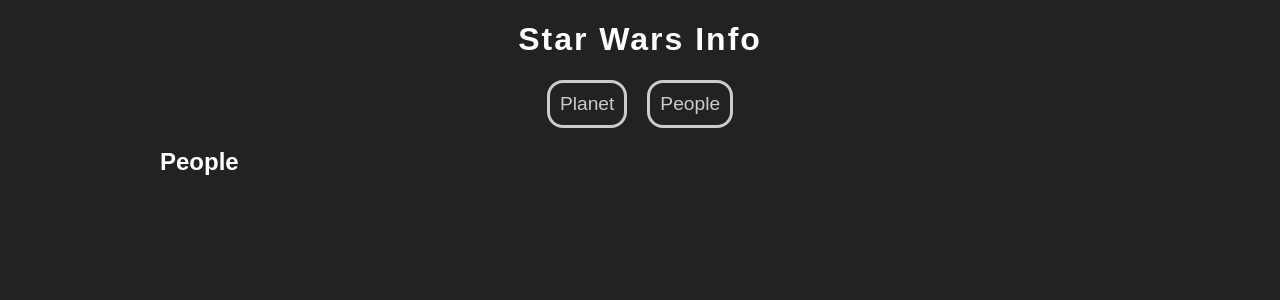
Repository: mireu-san/jikan-react-query
Page: /
An editor plug-in stored every save of this project. The page is shown before and after the next save, followed by the edit.
The browser window is 1280 px wide. The pictures show the whole page.
The project was rebuilt for these pictures with package versions that can differ from the ones it lists, and the page was loaded fresh each time. Also part of the build but not shown: src/components/Planets.js.

Above is the page before, as saved 2022-11-29 19:33:59.

### src/index.js
import React from "react";
import ReactDOM from "react-dom";
import App from "./App";
import { QueryClient, QueryClientProvider } from "react-query";

const queryClient = new QueryClient();

ReactDOM.render(
  <React.StrictMode>
    <QueryClientProvider client={queryClient}>
      <App />
    </QueryClientProvider>
  </React.StrictMode>,
  document.getElementById("root")
);

### src/App.js
import React, { useState } from "react";
import Navbar from "./components/Navbar";
import Planets from "./components/Planets";
import People from "./components/People";
import "./index.css";

function App() {
  const [page, setPage] = useState();

  return (
    <div className="App">
      <h1>Star Wars Info</h1>
      <Navbar setPage={setPage} />
      <div className="content">
        {page === "planets" ? <Planets /> : <People />}
      </div>
    </div>
  );
}
export default App;

// import { BrowserRouter as Router, Routes, Route } from "react-router-dom";
// import { Home } from "./Home";
// import { QueryClient, QueryClientProvider } from "@tanstack/react-query";

// function App() {
//   const client = new QueryClient({
//     defaultOptions: {
//       queries: {
//         refetchOnWindowFocus: true,
//       },
//     },
//   });
//   return (
//     <div className="App">
//       <QueryClientProvider client={client}>
//         <Router>
//           <Routes>
//             <Route path="/" element={<Home />} />
//             <Route path="*" element={<h1> PAGE NOT FOUND</h1>} />
//           </Routes>
//         </Router>
//       </QueryClientProvider>
//     </div>
//   );
// }

// export default App;

### src/components/Navbar.js
import React from "react";

const Navbar = ({ setPage }) => {
  return (
    <nav>
      <button onClick={() => setPage("planets")}>Planet</button>
      <button onClick={() => setPage("people")}>People</button>
    </nav>
  );
};

export default Navbar;

### src/components/People.js
import React from "react";

const People = () => {
  return (
    <div>
      <h2>People</h2>
    </div>
  );
};

export default People;

### src/index.css
body {
    margin: 0;
    font-family: Arial, Helvetica, sans-serif;
    background: #222;
    color: white;
    text-align: center;
}

.App {
    width: 960px;
    margin: 0 auto;
}

h1 {
    color: #ffffff;
    letter-spacing: 2px;
}

button {
    margin: 0 10px;
    background: transparent;
    border: 3px solid #ccc;
    border-radius: 1rem;
    padding: 10px;
    color: #ccc;
    font-size: 1.2rem;
    cursor: pointer;
}

button:hover {
    color: #fff;
    border-color: #fff;
}

.content {
    text-align: left;
}

Loaded but not shown: public/index.html (common file)

After the next save:
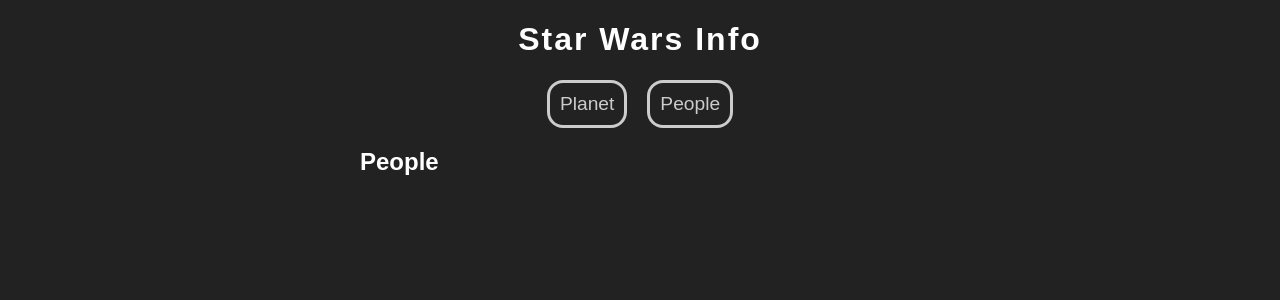
Saved 5 min 56 s later.
--- a/src/index.css
+++ b/src/index.css
@@ -7,7 +7,7 @@
 }
 
 .App {
-    width: 960px;
+    width: 560px;
     margin: 0 auto;
 }
 
